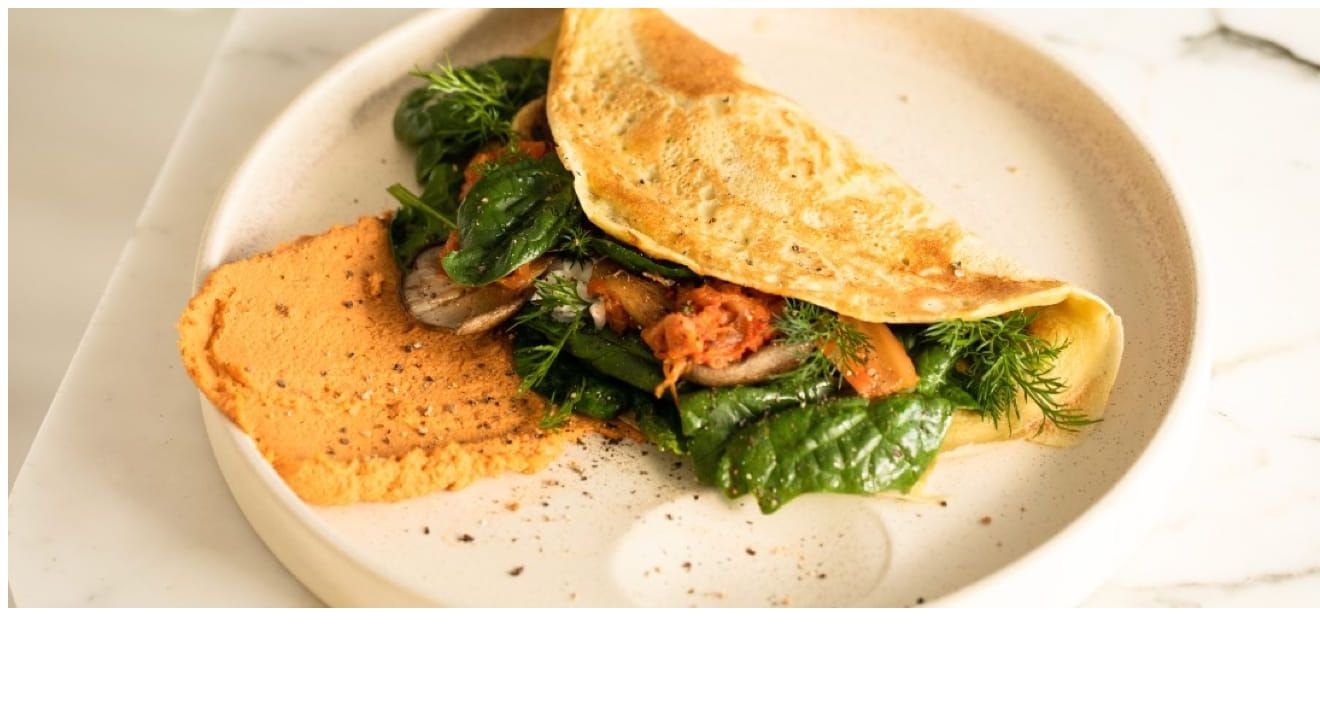
Repository: akbasliogulcan/omletterecipe
Page: index.html
An editor plug-in stored every save of this project. The page is shown before and after the next save, followed by the edit.
The browser window is 1280 px wide. The page is 1320 px wide, so the pictures cover 1320 px, including what lies to the right of the window. The pictures show the whole page.

Above is the page before, as saved 2025-07-20 17:10:03.

### index.html
<!DOCTYPE html>
<html lang="en">

<head>
  <meta charset="UTF-8">
  <meta name="viewport" content="width=device-width, initial-scale=1.0">
  <title>simple omelette recipe</title>
  <link rel="stylesheet" href="style.css">
</head>

<body>

  <div class="simple">
    <img src="./assets/images/image-omelette.jpeg" alt="">



  </div>



</body>

</html>

Loaded but not shown: style.css (no stored copy; drawn as an empty file)

After the next save:
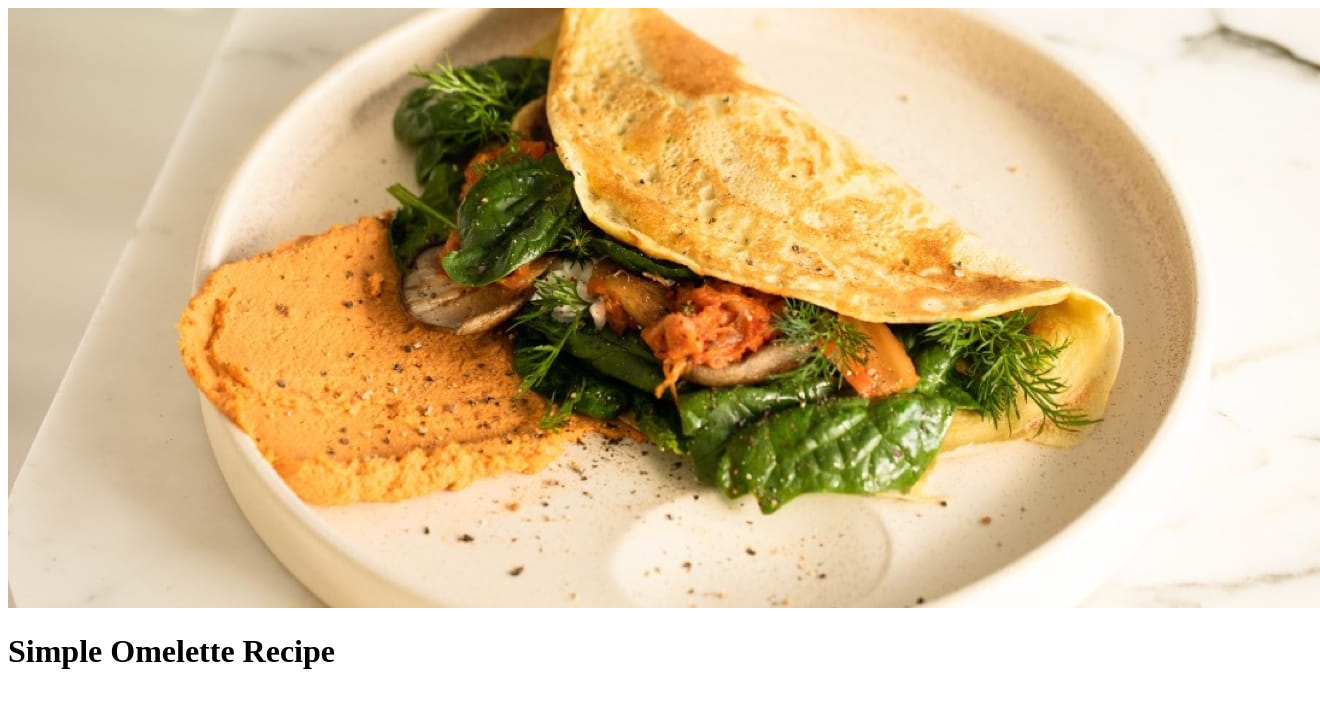
Saved 32 s later.
--- a/index.html
+++ b/index.html
@@ -11,7 +11,8 @@
 <body>
 
   <div class="simple">
-    <img src="./assets/images/image-omelette.jpeg" alt="">
+    <img src="./assets/images/image-omelette.jpeg" alt="omlette-icon">
+    <h1> Simple Omelette Recipe</h1>
 
 
 
